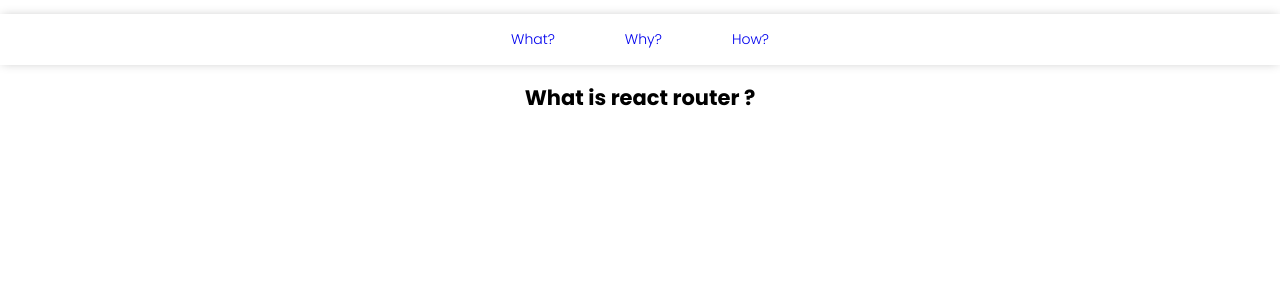
Repository: nguy3nds/2021-18-9-react
Page: /Tung
These files come from the project's save history. The page is drawn as it stood at one moment and after the next save; the edit follows.
The browser window is 1280 px wide. The pictures show the whole page.
The project was rebuilt for these pictures with package versions that can differ from the ones it lists, and the page was loaded fresh each time. Also part of the build but not shown: src/components/How.js, src/components/Why.js.

Above is the page before, as saved 2021-09-18 23:30:42.

After the next save:
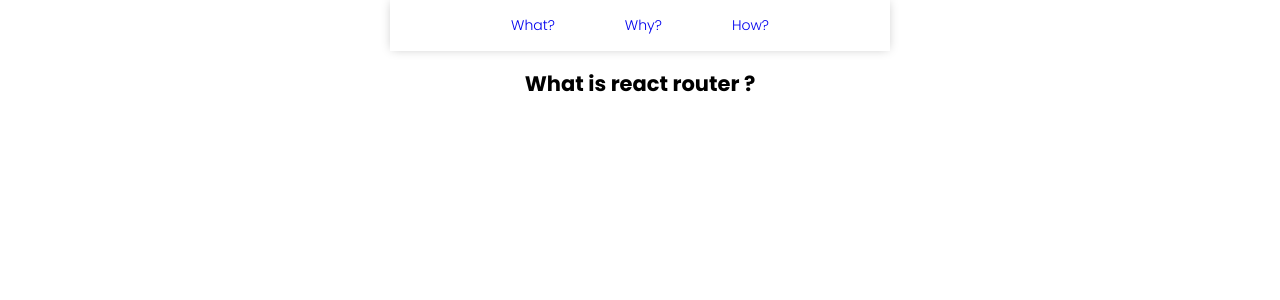
Saved 20 s later.
--- a/src/App.css
+++ b/src/App.css
@@ -56,6 +56,8 @@ button {
 }
 
 .menu {
+  max-width: 500px;
+  margin: 0 auto;
   display: flex;
   justify-content: center;
   background-color: white;
